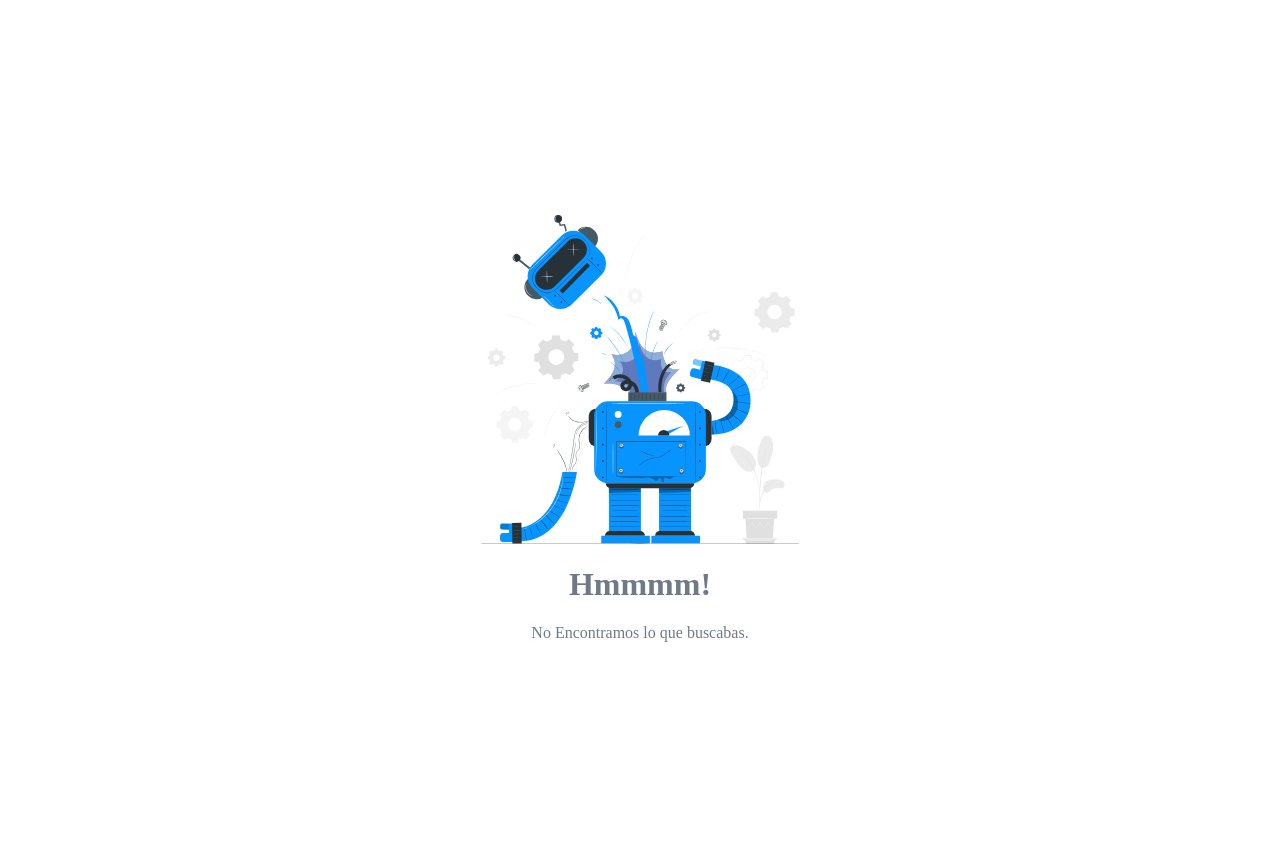
Repository: FabioMadrid/atlas_code
Page: 404.html
The author's editor kept a copy of each file at every save. The page is drawn from the files as they stood at one save, then again after the next save.
The browser window is 1280 px wide. The pictures show the whole page.
Some web fonts or font styles are not loaded; a fallback is used. Some web libraries are served in a nearby version.

Above is the page before, as saved 2021-01-13 12:24:12.

### 404.html
<!DOCTYPE html>
<html lang="en">
<head>
    <meta charset="UTF-8">
    <meta name="viewport" content="width=device-width, initial-scale=1.0">
    <link rel="stylesheet" href="https://cdnjs.cloudflare.com/ajax/libs/font-awesome/4.7.0/css/font-awesome.min.css">
    <script src="https://kit.fontawesome.com/8bf4511c4b.js" crossorigin="anonymous"></script>
    <link rel="stylesheet" href="css/general.css">
    <link rel="stylesheet" href="css/style_lp.css">
    <link rel="stylesheet" href="https://atlas-home-colombia.s3.amazonaws.com/fonts/fonts.css">
    <title>Atlas Home</title>
</head>
<body>

    <div style="margin: 20% auto;">

        <div style="display: flex; justify-content: center;">
            <img src="/svg/robot_explotando.svg" alt="" >
        </div>

        <h1 class="text" style="text-align: center;">
            Hmmmm!
        </h1>
        <p class="text" style="text-align: center;">
            No Encontramos lo que buscabas.
        </p>

    </div>

</body>
</html>

### css/style_lp.css

body
{
    margin: 0 8%;
}

/* ---------------------------------------------- INICIO DE MODAL BUSQUEDA DE PROPIEDADES ------------------------------------------------------------*/
.modal
{
    display: none; /* Hidden by default */
    position: fixed; /* Stay in place */
    z-index: +2; /* Sit on top */
    left: 0;
    top: 0;
    width: 100%; /* Full width */
    height: 100%; /* Full height */
    background-color: rgb(0,0,0); /* Fallback color */
    background-color: rgba(0,0,0,0.4); /* Black w/ opacity */
    padding: 40px;
    overflow: hidden;
    animation: fadeEffect 0.5s; /* Fading effect takes 1 second */
    margin: 0;
}

  /* Modal Content */

  .modal-content
{
    background-color: #fefefe;
    margin: auto;
    padding: 20px;
    border: none;
    border-radius: 10px;
    width: 45%;
    z-index: +3;
}
.overflow
{
    max-height: 100%;
    overflow-y: auto !important;
}

  /* The Close Button */
  .close
{
    color: white;
    float: right;
    font-size: 28px;
    text-align: center;
    font-weight: bold;
    border: 2px solid #0894FE;
    background-color: #0894FE;
    border-radius: 50%;
    width: 35px;
    height: 35px;
    position: absolute;
    top: -35px;
    right:-35px;
}

  .close:hover,
  .close:focus {
    background-color: #CC5F54;
    border: none;
    text-decoration: none;
    cursor: pointer;
  }
  .titulo-modal
  {
    text-align: center;
    border-bottom: 2px solid rgba(156, 156, 156, 0.219);
    padding-bottom: 7px;
    margin: 15px 10%;
  }


  /*-------------------------------------------------------------- Clases del SEARCH Modal------------------------------------------- */

  .inmueble-selector
  {
      display: flex;
      justify-content: center;
      flex-direction: row;
      flex-wrap: wrap;
      align-items: center;
  }
    .inmueble-selector input
    {
      margin:0;padding:0;
      -webkit-appearance:none;
      -moz-appearance:none;
      appearance:none;
    }

  .vivienda
  {
      background-image:url(/svg/vivienda-icon-azul.svg);
  }
  .apartamento
  {
      background-image:url(/svg/apartamento-icon-azul.svg);
  }
  .terreno
  {
      background-image:url(/svg/terreno-icon-azul.svg);
  }

  .inmueble-selector input:active + .drinkcard-cc
  {
      opacity:none;
  }
  .inmueble-selector input:checked + .drinkcard-cc
  {
      -webkit-filter: none;
         -moz-filter: none;
              filter: none;
              color:#0048CD;
  }
  .drinkcard-cc
  {
      cursor:pointer;
      background-size:contain;
      background-repeat:no-repeat;
      display:inline-block;
      width:90px;height:80px;
      color: inherit;
      -webkit-transition: all 100ms ease-in;
         -moz-transition: all 100ms ease-in;
              transition: all 100ms ease-in;
              -webkit-filter: brightness(1) grayscale(1) opacity(1);
              -moz-filter: brightness(1) grayscale(1) opacity(1);
                   filter: brightness(1) grayscale(1) opacity(1);
  }
  .drinkcard-cc:hover
  {
      -webkit-filter: none;
         -moz-filter: none;
              filter: none;
              color:#0048CD;
               /* width:93px;height:83px;*/
  }

  /* correciones del search modal */

  .correcion
  {
      left: 16px;
      bottom: -110px;
  }
  .correcion-a
  {
      bottom: -110px;
  }


@media screen and (max-width:880px)
{
    .modal-content
    {
        width: 90%;
    }
    .correcion
    {
    left: 16px;
    bottom: -100px;
    }
    .correcion-a
    {
    bottom: -100px;
    }
    .selects-50
    {
    float: none;
    width: 100%;
    margin: none;
    }
    .selects-50-right
    {
    float: none;
    width: 100%;
    }
    .topright
    {
    right: 7.5%;
    }
    .correcion-icon-credito
    {
        padding-top: 25%;
    }
}
@media screen and (max-width:450px)
{
    .drinkcard-cc
    {
        width: 80px;
        height: 70px;
    }
    .inmueble-selector
    {
        justify-content: space-around;
    }
    .modal-content
    {
        width: 100%;
    }
    .modal
    {
        padding: 0px;
    }
    .modal-content
    {
        border-radius: 0;
    }
    .topright
    {
    right: 7%;
    top: 4%;
    }

}
@media screen and (max-width:365px)
{
    .inmueble-selector
    {
        flex-direction: column;
    }
    .drinkcard-cc
    {
        margin-top: 30px;
    }
    .bottom-text
    {
        bottom: -105px;
    }
}

/* ----------------------------------------------------- titulos, textos y fonts ------------------------------------------------------------------ */
@font-face
{
    font-family: "FormaDJRText";
    src: url(https://atlas-home-colombia.s3.amazonaws.com/fonts/fonts.css);
}
.text
{
    font-family:"Forma DJR Text Edu";
    color: #6F7A88;
}
.title
{
    margin-top: 50px ;
    color:#0894FE;
    font-size:2em;
    font-weight:bold;
    display: block;
}
.subtitles
{
    color:#0894FE;
    font-weight:bold;
    display: block;

}
/* diseño de columnas y layout */
.flex-container
{
    display: flex;
    flex-flow: row wrap;
}
.flex-centrar
{
    justify-content: space-between;
    align-items: center;
}
.row:after
{
    content: "";
    display: table;
    clear: both;
}
.column-left
{
    float: left;
    width: 49.99%;
    padding: 15px;
    height:auto;
    display: block;
}
.column-50
{
    width: 49.99%;
    float: right;
    margin: auto;
}
.column-33
{
    width: 33.33%;
    float: left;
    margin: auto;
}
.clearfix::after
{
    content: "";
    clear: both;
    display: table;
}
.flex-box
{
   display: flex;
   flex-flow: row wrap;
   justify-content: center;
}

/* declaraciones de iconos */

.icon-lp
{
    width: 90%;
    height: auto;
    margin-top: 50px;
    display: block;
    margin: auto;
}
.icon-v
{
    max-height: 400px;
}
.boton-landing
{
    background: white ;
    color:#0894FE;
    border: #0894FE solid 1px;
    padding: 10px 15px;
    border-radius: 5px;
    display: block;
    width: 350px;
    height: 60px;
    margin: 30px auto 30px auto;
    font-size:15px;
    transition: background-color 0.4s;
    outline: none;
}
.triangulo-decor
{
    position: absolute;
    padding-top: 0px;
    width: 20%;
    height: auto;
    vertical-align: middle;
    border-style: none;
    box-sizing: border-box;
    max-width: 100%;
    z-index: -1;
}

/* declaraciones de botones */

.boton-landing:hover
{
    background-color: #2680EB;
    color: white;
    cursor: pointer;
    font-size: 17px;
    box-shadow: 0 12px 16px 0 rgba(0,0,0,0.24), 0 17px 50px 0 rgba(0,0,0,0.19);
}
button:active
{
    background-color: #6eb9f7;
    background-size: 100%;
    transition: background-color 0s;
    border: #0894FE solid 1px;
}

/* testimonios */
.box
{
    box-shadow: 0 4px 8px 0 rgba(0, 0, 0, 0.2), 0 6px 10px 0 rgba(133, 133, 133, 0.19);
    box-shadow: 5px grey;
    display: block;
    background-color: white;
    width: auto;
    text-align: left;
    margin: 20px 0% 20px 0%;
    padding: 10px 20px 40px 20px;
    border-radius: 5px;
}
.img
{
    float: left;
    padding-right: 5px;
    height: 100px;
    width: 100px;
}
.box::after
{
    content: "";
    clear: both;
    display: table;
}
.figcaption
{
    font:"Forma DJR Text Edu" medium 12px;
    color: #0894FE;
    margin-top: 15px;
    text-align: left;
}

/*----------- CSS PARA STEP FORMS ------------*/

/* Styling Parts */
#part1,
#part2,
#part3,
#part4,
#part5 {
  z-index: 2;
  display: block;
  height: auto;
  opacity: 1;
  transition: opacity 1s ease-in-out;
}

/* Hidden Parts */
#part2,
#part3,
#part4,
#part5
 {
  opacity: 0;
  height: 0;
  overflow: hidden;
}

/* Show Step 2 & Hide Step 1 */
#step2:checked ~ #part2
{
  opacity: 1;
  height: auto;
}
#step2:checked ~ #part1
{
  opacity: 0;
  height: 0;
  display: none;
}

/* Show Step 3  & Hide Step 2 */
#step3:checked ~ #part3
{
  opacity: 1;
  height: auto;
}
#step3:checked ~ #part2
{
  opacity: 0;
  width: 0;
  height: 0;
  display: none;
}

/* Show Step 4  & Hide Step 3 */
#step4:checked ~ #part4 {
    opacity: 1;
    height: auto;
  }
  #step4:checked ~ #part3 {
    opacity: 0;
    width: 0;
    height: 0;
    display: none;
  }

/* Show Step 5  & Hide Step 4 */
#step5:checked ~ #part5 {
    opacity: 1;
    height: auto;
  }
#step5:checked ~ #part4 {
    opacity: 0;
    width: 0;
    height: 0;
    display: none;
  }

  input[type=checkbox]
  {

    position: absolute;
    /* Position the checkbox in upper left corner */

    opacity: 0;
  }


/* ----- INICIO DE RESPONSIVE DESIGN------*/

/*diseño para ipads*/

@media only screen and (max-width: 800px)
{
    .caja
    {
        text-align: center;
    }
    .img
     {
        margin: auto;
        float: none;
        display: block;
    }
    .figcaption
    {
        text-align: center;
    }
    .icon-lp
    {
        height: auto;
        display: block;
        margin:auto;
        float: none;
    }
    .row:after
    {
        content: "";
        display: table;
        clear: both;
    }
    .boton-landing
    {
        width: 250px;
        height: 60px;
    }
    .title
    {
        font-size:1.3em;
    }
    .icon-v
    {
        height: 300px;
    }
    .icon-i
    {
        padding-top: 40%;
    }
    .text
    {
        text-align: center;
    }
}

/*diseño para moviles*/

@media only screen and (max-width: 700px)
{
    .column-50
    {
        width: 100%;
        float: none;
        margin: auto;
        overflow: hidden;
        padding: 15px;
        height:auto;
        display: block;
    }
    .column-left
    {
        float: none;
        width: 100%;
        padding: 15px;
        height:auto;
        display: block;
    }
    .boton-landing
    {
        width: 100%;
    }
    .icon-i
    {
        padding-top: 10px;
    }
    .triangulo-decor
    {
        width: 40%;
    }
    .correcion-icon-credito
    {
        padding-top: 0;
    }
}

/* footer */

.footer
{
    height: 250px;
    width: 100%;
    border-top: 5px solid #F2F2F2;
}
.footer-img
{
    background-image: url("/svg/city2.svg");
    background-color: transparent;
    height: 250px;
    background-position: center;
    background-repeat: no-repeat;
    background-size: cover;
}
.footer-logo
{
    display: block;
    width: auto;
    height: 80px;
    padding-top: 10px;
    margin: auto;
}
.fa
{
    display: inline-block;
    width: 50px;
    height: 50px;
    line-height: 50px;
    text-align: center;
    border: 3px;
    background-color: #fff;
    color: #0f4aa2;
    font-size: 30px;
    text-decoration: none;
    margin:0;
}
a
{
    text-decoration: none;
    cursor: pointer;
    color: inherit;
}
li
{
    list-style-type: none;
    display: inline-block;
    border: 1.5px solid  #0f4aa2;
    margin: 5px 7px;
}
.fa:hover {
    opacity: 0.7;
    color: #2680EB;
}
.footer-ul
{
    padding-left: 0;
}

button:active
{
background-color:white;
background-size: 100%;
transition: background-color 0s;
border: none;
outline: none;
}

.b-tipo-cita
{
    color: #6F7A88;
    border-bottom: 1px solid #6F7A88;
    display: block;
    text-align: center;
    width: 45%;
    margin-top: 0;
    cursor: pointer;
    outline: none;
    border-radius: none;
    padding: 10px;

}
.b-tipo-cita:hover+:checked
{
    border-bottom: 3px solid #2680EB;
    color: #2680EB;
}
.b-tipo-cita.active
{
    border-bottom: 3px solid #2680EB;
    color: #2680EB;
}

input[type="radio"]:checked+label {
    border-bottom: 3px solid #2680EB;
    color: #2680EB;
}

Loaded but not shown: css/general.css (885 lines, source omitted)

After the next save:
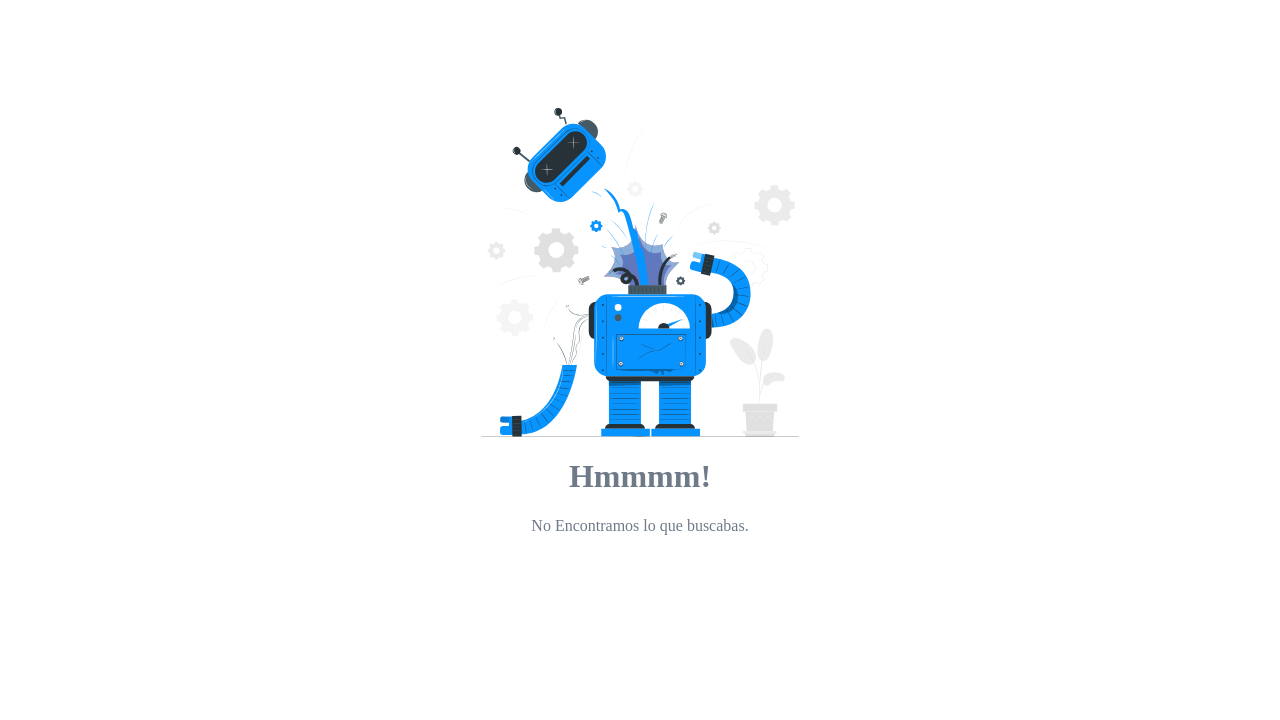
Saved 25 s later.
--- a/404.html
+++ b/404.html
@@ -12,7 +12,7 @@
 </head>
 <body>
 
-    <div style="margin: 20% auto;">
+    <div style="margin: 10% auto;">
 
         <div style="display: flex; justify-content: center;">
             <img src="/svg/robot_explotando.svg" alt="" >
